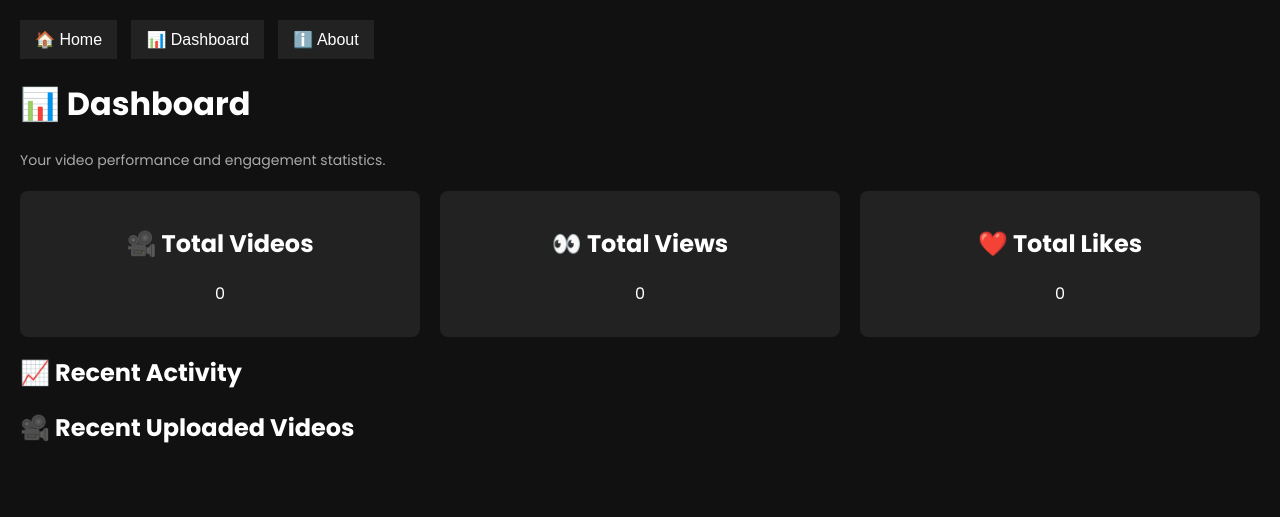
Repository: jhanzaib7510/NewFullTikTok
Page: frontend/dashboard.html
These files come from the project's save history. The page is drawn as it stood at one moment and after the next save; the edit follows.
The browser window is 1280 px wide. The pictures show the whole page.
The page's requests for data from a server got no answer.

Above is the page before, as saved 2025-08-11 01:23:33.

### frontend/dashboard.html
<!doctype html>
<html lang="en">
<head>
  <meta charset="utf-8" />
  <meta name="viewport" content="width=device-width,initial-scale=1" />
  <title>FTikTok — Dashboard</title>
  <link href="https://fonts.googleapis.com/css2?family=Poppins:wght@400;600;700&display=swap" rel="stylesheet">
  <style>
    body {
      font-family: 'Poppins', sans-serif;
      background-color: #111;
      color: white;
      margin: 0;
      padding: 0;
    }
    .container { padding: 20px; }
    .menu button {
      background: #222;
      border: none;
      padding: 10px 15px;
      color: white;
      font-size: 16px;
      margin-right: 10px;
      cursor: pointer;
    }
    .stats { display: flex; gap: 20px; margin-top: 20px; }
    .stat-card {
      background: #222;
      padding: 15px;
      border-radius: 8px;
      flex: 1;
      text-align: center;
    }
    .video-list { margin-top: 20px; }
    video {
      width: 200px;
      height: auto;
      border-radius: 8px;
      margin: 10px;
    }
    .small { color: #aaa; font-size: 14px; }
  </style>
</head>
<body>
  <div class="container">
    <div class="menu">
      <button onclick="location.href='index.html'">🏠 Home</button>
      <button onclick="location.href='dashboard.html'">📊 Dashboard</button>
      <button onclick="alert('FTikTok App by Jhanzaib')">ℹ️ About</button>
    </div>

    <h1>📊 Dashboard</h1>
    <p class="small">Your video performance and engagement statistics.</p>

    <div class="stats">
      <div class="stat-card">
        <h2>🎥 Total Videos</h2>
        <p id="totalVideos">0</p>
      </div>
      <div class="stat-card">
        <h2>👀 Total Views</h2>
        <p id="totalViews">0</p>
      </div>
      <div class="stat-card">
        <h2>❤️ Total Likes</h2>
        <p id="totalLikes">0</p>
      </div>
    </div>

    <h2 style="margin-top:18px;">📈 Recent Activity</h2>
    <ul id="activityLog" class="small"></ul>

    <h2 style="margin-top:18px;">🎥 Recent Uploaded Videos</h2>
    <div id="videoList" class="video-list"></div>
  </div>

  <script>
    async function loadDashboard() {
      try {
        const res = await fetch("http://localhost:5000/dashboard");
        const data = await res.json();

        document.getElementById('totalVideos').textContent = data.totalVideos;
        document.getElementById('totalViews').textContent = data.totalViews;
        document.getElementById('totalLikes').textContent = data.totalLikes;

        document.getElementById('activityLog').innerHTML =
          data.recentActivity.map(item =>
            `<li>📤 Uploaded: ${item.title} (${item.time})</li>`
          ).join('');

        document.getElementById('videoList').innerHTML =
          data.recentActivity.map(item =>
            `<video src="http://localhost:5000${item.url}" controls></video>`
          ).join('');

      } catch (err) {
        console.error("Error loading dashboard:", err);
      }
    }
    loadDashboard();
  </script>
</body>
</html>

After the next save:
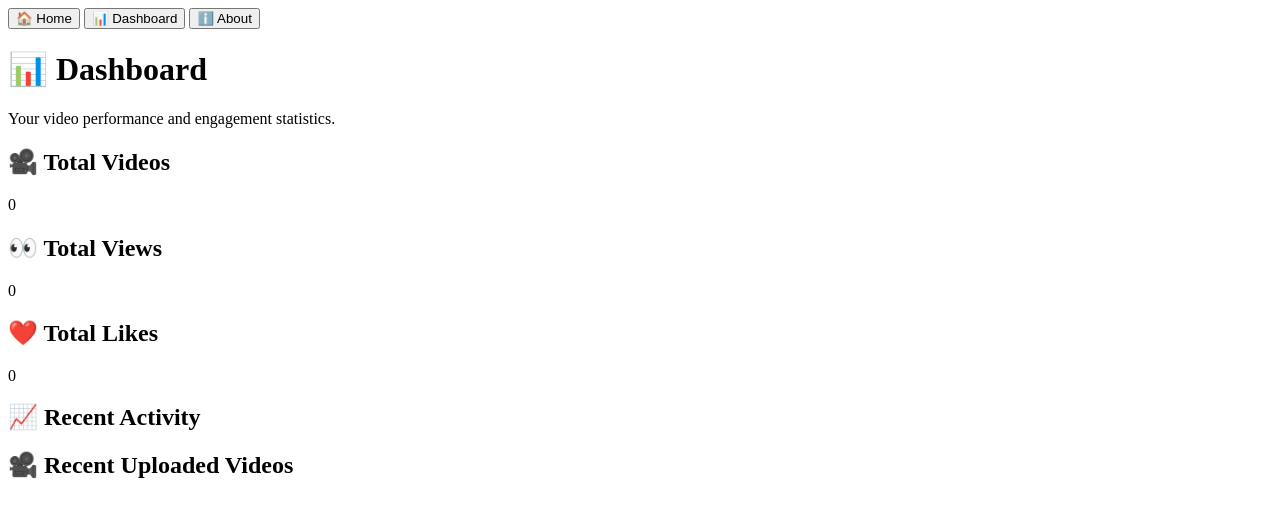
Saved 101 s later.
--- a/frontend/dashboard.html
+++ b/frontend/dashboard.html
@@ -5,7 +5,7 @@
   <meta name="viewport" content="width=device-width,initial-scale=1" />
   <title>FTikTok — Dashboard</title>
   <link href="https://fonts.googleapis.com/css2?family=Poppins:wght@400;600;700&display=swap" rel="stylesheet">
-  <style>
+  <!-- <style>
     body {
       font-family: 'Poppins', sans-serif;
       background-color: #111;
@@ -39,7 +39,7 @@
       margin: 10px;
     }
     .small { color: #aaa; font-size: 14px; }
-  </style>
+  </style> -->
 </head>
 <body>
   <div class="container">

After the save that followed:
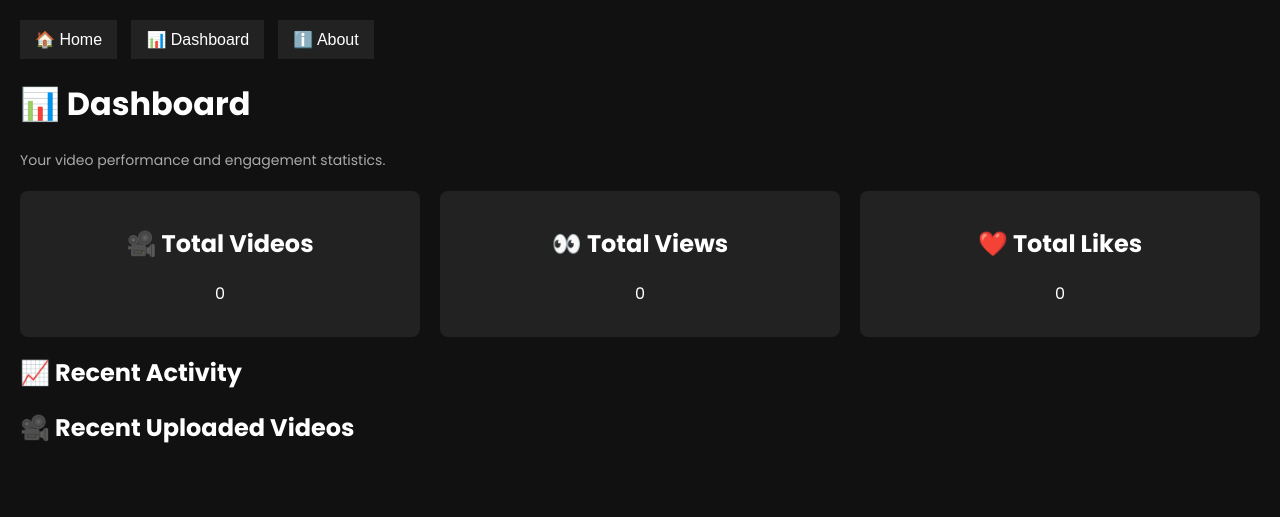
Saved 8 s later.
--- a/frontend/dashboard.html
+++ b/frontend/dashboard.html
@@ -5,7 +5,7 @@
   <meta name="viewport" content="width=device-width,initial-scale=1" />
   <title>FTikTok — Dashboard</title>
   <link href="https://fonts.googleapis.com/css2?family=Poppins:wght@400;600;700&display=swap" rel="stylesheet">
-  <!-- <style>
+  <style>
     body {
       font-family: 'Poppins', sans-serif;
       background-color: #111;
@@ -39,7 +39,7 @@
       margin: 10px;
     }
     .small { color: #aaa; font-size: 14px; }
-  </style> -->
+  </style>
 </head>
 <body>
   <div class="container">
